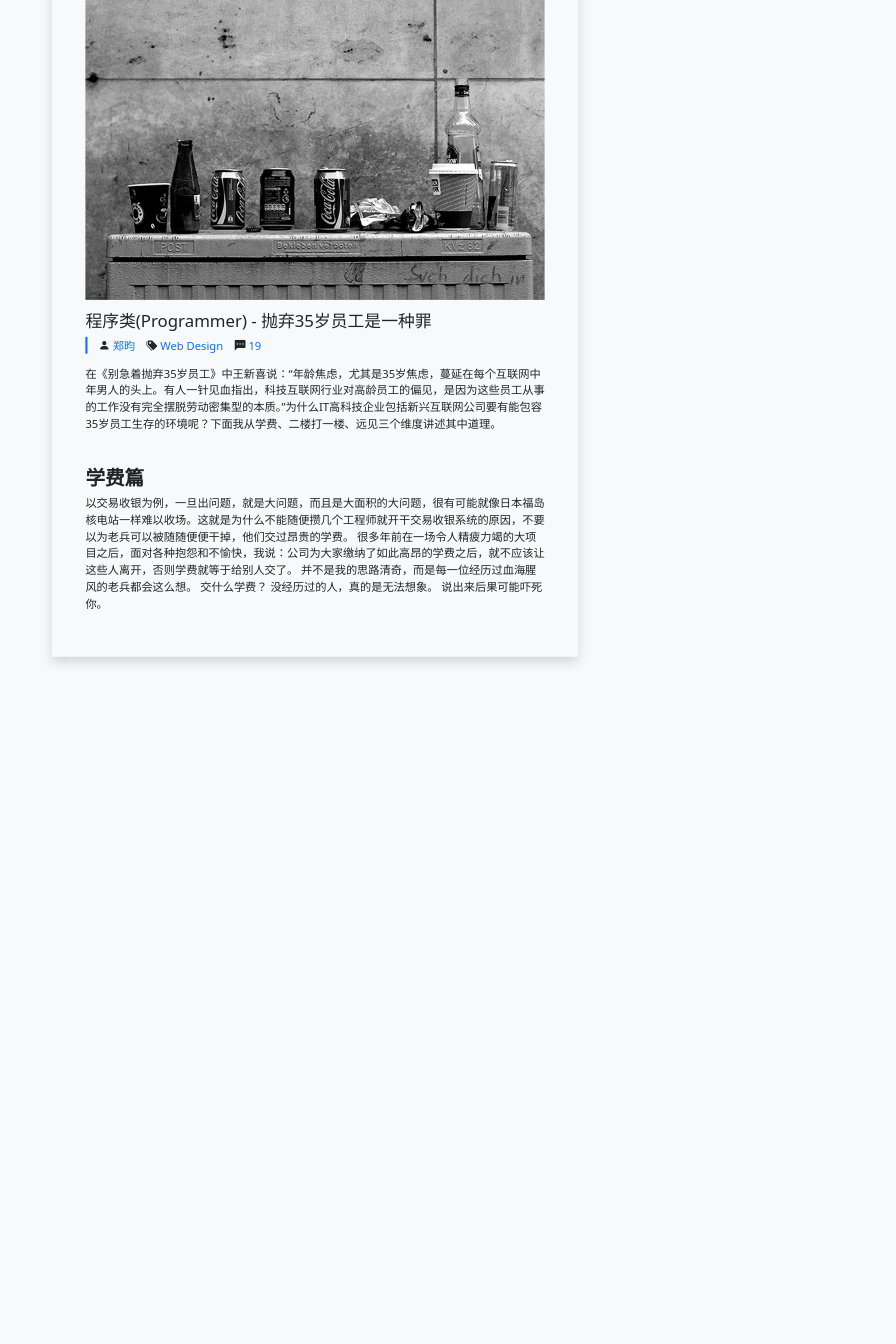
Repository: herjuandlonely/github.io
Page: index-blog.html
These files come from the project's save history. The page is drawn as it stood at one moment and after the next save; the edit follows.
The browser window is 1280 px wide. The pictures show the part of the page from y = 516 to 2436 px (the page is 3000 px tall), at 70% of full size.
Backgrounds fixed to the window are drawn as part of the page.

Above is the page before, as saved 2022-06-30 19:51:11.

After the next save:
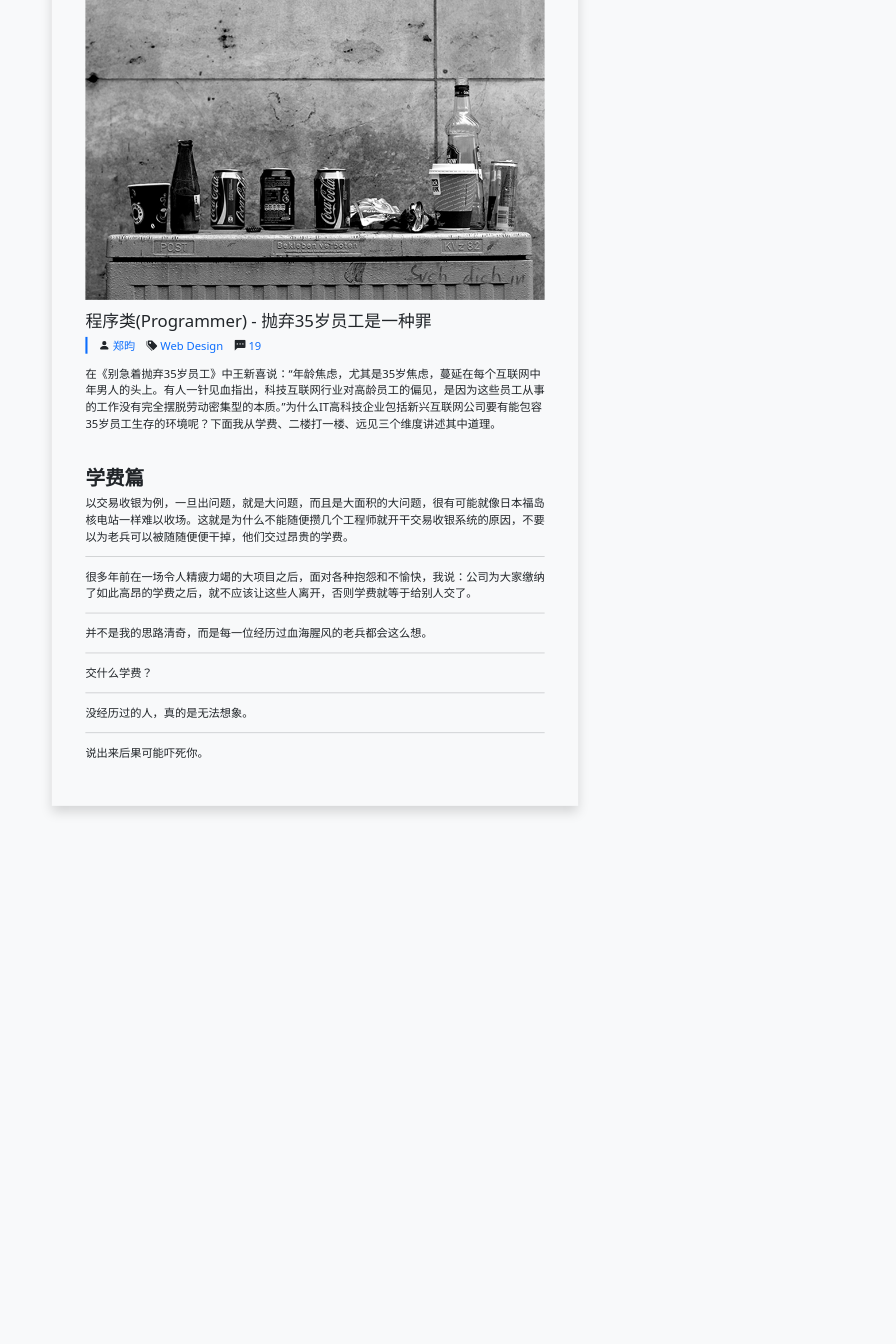
Saved 23 s later.
--- a/index-blog.html
+++ b/index-blog.html
@@ -97,15 +97,15 @@
                     </ul>
                     <p class="mb-2">在《别急着抛弃35岁员工》中王新喜说：“年龄焦虑，尤其是35岁焦虑，蔓延在每个互联网中年男人的头上。有人一针见血指出，科技互联网行业对高龄员工的偏见，是因为这些员工从事的工作没有完全摆脱劳动密集型的本质。”为什么IT高科技企业包括新兴互联网公司要有能包容35岁员工生存的环境呢？下面我从学费、二楼打一楼、远见三个维度讲述其中道理。</p>
                     <h3 class=" fw-bold mt-5">学费篇</h3>
-                    <p>以交易收银为例，一旦出问题，就是大问题，而且是大面积的大问题，很有可能就像日本福岛核电站一样难以收场。这就是为什么不能随便攒几个工程师就开干交易收银系统的原因，不要以为老兵可以被随随便便干掉，他们交过昂贵的学费。
+                    <p>以交易收银为例，一旦出问题，就是大问题，而且是大面积的大问题，很有可能就像日本福岛核电站一样难以收场。这就是为什么不能随便攒几个工程师就开干交易收银系统的原因，不要以为老兵可以被随随便便干掉，他们交过昂贵的学费。<hr>
 
-                        很多年前在一场令人精疲力竭的大项目之后，面对各种抱怨和不愉快，我说：公司为大家缴纳了如此高昂的学费之后，就不应该让这些人离开，否则学费就等于给别人交了。
+                        很多年前在一场令人精疲力竭的大项目之后，面对各种抱怨和不愉快，我说：公司为大家缴纳了如此高昂的学费之后，就不应该让这些人离开，否则学费就等于给别人交了。<hr>
 
-                        并不是我的思路清奇，而是每一位经历过血海腥风的老兵都会这么想。
+                        并不是我的思路清奇，而是每一位经历过血海腥风的老兵都会这么想。<hr>
 
-                        交什么学费？
+                        交什么学费？<hr>
 
-                        没经历过的人，真的是无法想象。
+                        没经历过的人，真的是无法想象。<hr>
 
                         说出来后果可能吓死你。</p>
                 </div>
